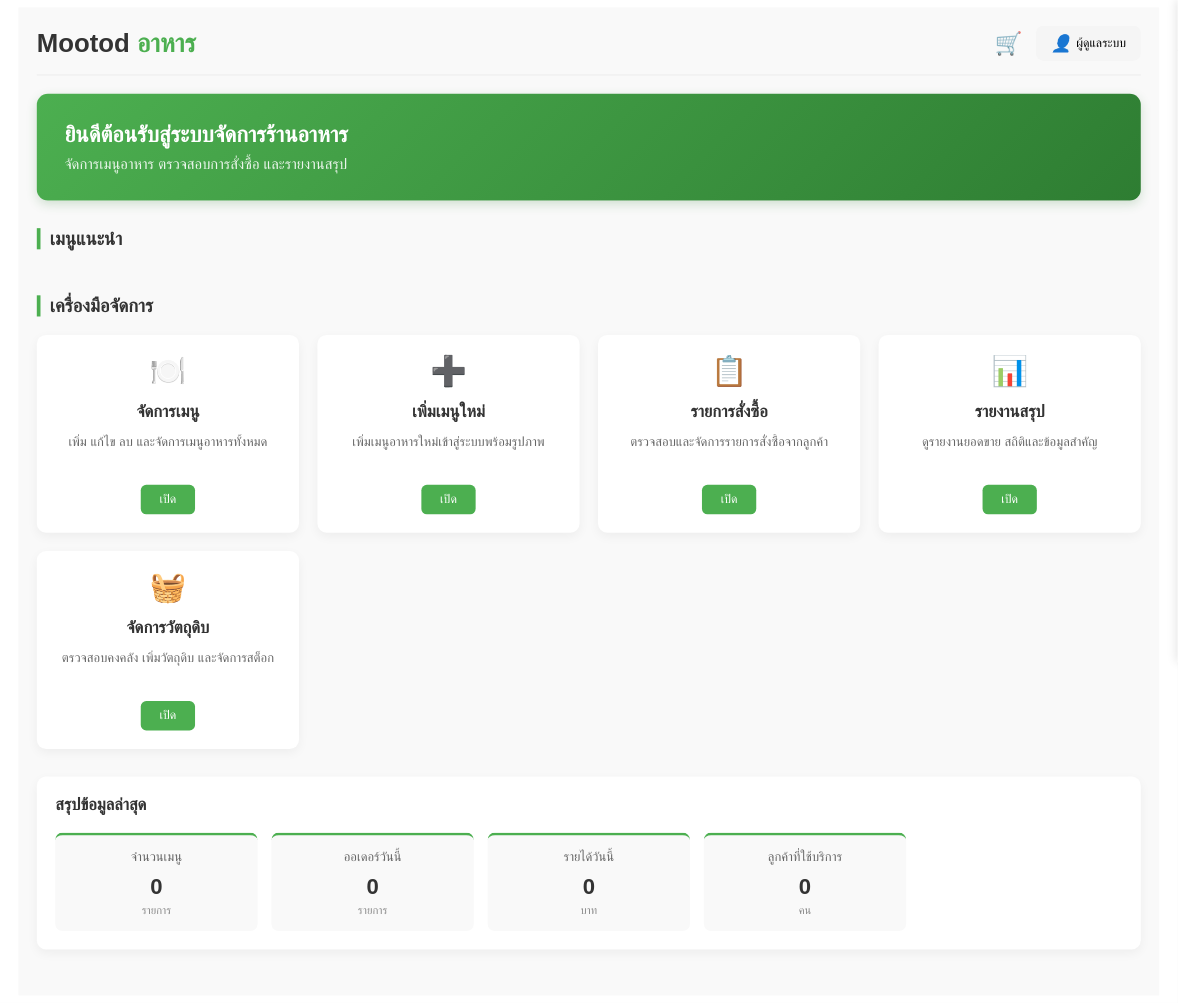
Repository: KwaunchaiJankaikot/mootod
Page: / (app in frontend/)
An editor plug-in stored every save of this project. The page is shown before and after the next save, followed by the edit.
The browser window is 1280 px wide. The pictures show the whole page, at 92% of full size.
The page's requests for data from a server got no answer. The project was rebuilt for these pictures with package versions that can differ from the ones it lists, and the page was loaded fresh each time. No one was signed in, and anything a server would have sent is missing. Also part of the build but not shown: frontend/vue.config.js, frontend/src/components/CheckoutPage.vue, frontend/src/components/AddMenu.vue, frontend/src/components/MenuList.vue, frontend/src/components/EditMenu.vue, frontend/src/components/InventoryPage.vue.

Above is the page before, as saved 2025-04-23 00:55:05.

### frontend/public/index.html
<!DOCTYPE html>
<html lang="">
  <head>
    <meta charset="utf-8">
    <meta http-equiv="X-UA-Compatible" content="IE=edge">
    <meta name="viewport" content="width=device-width,initial-scale=1.0">
    <link rel="icon" href="<%= BASE_URL %>favicon.ico">
    <title><%= htmlWebpackPlugin.options.title %></title>
    <link href="https://fonts.googleapis.com/icon?family=Material+Icons" rel="stylesheet">
    <link rel="stylesheet" href="https://fonts.googleapis.com/css2?family=Material+Symbols+Outlined:opsz,wght,FILL,GRAD@24,400,0,0" />
  </head>
  <body>
    <noscript>
      <strong>We're sorry but <%= htmlWebpackPlugin.options.title %> doesn't work properly without JavaScript enabled. Please enable it to continue.</strong>
    </noscript>
    <div id="app"></div>
    <!-- built files will be auto injected -->
  </body>
</html>

### frontend/src/main.js
import { createApp } from 'vue';
import App from './App.vue';
import router from './router';

const app = createApp(App);
app.use(router);  // ติดตั้ง Vue Router
app.mount('#app');

### frontend/src/App.vue
<template>
  <div id="app">
    <router-view></router-view>
  </div>
</template>

<script>
export default {
  name: 'App',
};
</script>

### frontend/src/router/index.js
import { createRouter, createWebHistory } from 'vue-router';
import HomePage from '../components/HomePage.vue';
import AddMenu from '../components/AddMenu.vue';
import MenuList from '../components/MenuList.vue';
import EditMenu from '../components/EditMenu.vue';
import InventoryPage from '../components/InventoryPage.vue';

const routes = [
  {
    path: '/',
    name: 'Home',
    component: HomePage
  },
  {
    path: '/add-menu',
    name: 'Menu',
    component: AddMenu
  },
  {
    path: '/menu-list',
    name: 'MenuList',
    component: MenuList
  },
  {
    path: '/edit-menu/:id',
    name: 'edit-menu',
    component: EditMenu,
    props: true,
  },

  {
    path: '/inventorypage',
    name: 'inventorypage',
    component: InventoryPage,
  },
];

const router = createRouter({
  history: createWebHistory(process.env.BASE_URL),
  routes
});

export default router;

### frontend/src/components/HomePage.vue
<template>
  <div class="home-container">
    <header class="header">
      <div class="logo">
        <img src="@/assets/logo.png" alt="Mootod Logo" v-if="false" />
        <h1>Mootod <span>อาหาร</span></h1>
      </div>
      <div class="right-menu">
        <div class="cart-icon" @click="toggleCart">
          <span>🛒</span>
          <span class="cart-badge" v-if="cartItems.length > 0">{{
            cartItems.length
          }}</span>
        </div>
        <button class="user-btn">
          <i class="user-icon">👤</i>
          <span>ผู้ดูแลระบบ</span>
        </button>
      </div>
    </header>

    <!-- ตะกร้าสินค้า -->
    <CartSidebar
      :cartItems="cartItems"
      :isCartOpen="isCartOpen"
      @close-cart="toggleCart"
      @remove-item="removeFromCart"
      @increase-quantity="increaseQuantity"
      @decrease-quantity="decreaseQuantity"
      @go-to-checkout="goToCheckout"
    />

    <!-- หน้าชำระเงิน -->
    <CheckoutPage
      v-if="isCheckoutModalOpen"
      :cartItems="cartItems"
      @close-checkout="closeCheckoutModal"
      @payment-success="handlePaymentSuccess"
    />

    <div class="welcome-banner">
      <div class="banner-content">
        <h2>ยินดีต้อนรับสู่ระบบจัดการร้านอาหาร</h2>
        <p>จัดการเมนูอาหาร ตรวจสอบการสั่งซื้อ และรายงานสรุป</p>
      </div>
    </div>

    <!-- แสดงรายการเมนู -->
    <h3 class="section-title">เมนูแนะนำ</h3>
    <div class="menu-cards">
      <div v-for="menu in menus" :key="menu.id" class="menu-card">
        <div class="card-image-container">
          <img :src="menu.image_url" alt="เมนูอาหาร" class="card-image" />
        </div>
        <div class="card-content">
          <h3>{{ menu.name }}</h3>
          <p>{{ menu.description }}</p>
          <div class="card-footer">
            <span class="price">{{ menu.price }} บาท</span>
            <button class="card-btn" @click="addToCart(menu)">สั่งอาหาร</button>
          </div>
        </div>
      </div>
    </div>

    <!-- ส่วนอื่นๆ ของหน้าจัดการ -->
    <h3 class="section-title">เครื่องมือจัดการ</h3>
    <div class="admin-cards">
      <div class="card" @click="goTo('menu')">
        <div class="card-icon">🍽️</div>
        <h3>จัดการเมนู</h3>
        <p>เพิ่ม แก้ไข ลบ และจัดการเมนูอาหารทั้งหมด</p>
        <button class="card-btn">เปิด</button>
      </div>

      <div class="card" @click="goTo('add-menu')">
        <div class="card-icon">➕</div>
        <h3>เพิ่มเมนูใหม่</h3>
        <p>เพิ่มเมนูอาหารใหม่เข้าสู่ระบบพร้อมรูปภาพ</p>
        <button class="card-btn">เปิด</button>
      </div>

      <div class="card" @click="goTo('orders')">
        <div class="card-icon">📋</div>
        <h3>รายการสั่งซื้อ</h3>
        <p>ตรวจสอบและจัดการรายการสั่งซื้อจากลูกค้า</p>
        <button class="card-btn">เปิด</button>
      </div>

      <div class="card" @click="goTo('reports')">
        <div class="card-icon">📊</div>
        <h3>รายงานสรุป</h3>
        <p>ดูรายงานยอดขาย สถิติและข้อมูลสำคัญ</p>
        <button class="card-btn">เปิด</button>
      </div>

      <div class="card" @click="goTo('inventorypage')">
        <div class="card-icon">🧺</div>
        <h3>จัดการวัตถุดิบ</h3>
        <p>ตรวจสอบคงคลัง เพิ่มวัตถุดิบ และจัดการสต็อก</p>
        <button class="card-btn">เปิด</button>
      </div>
    </div>

    <div class="quick-stats">
      <h3>สรุปข้อมูลล่าสุด</h3>
      <div class="stats-grid">
        <div class="stat-card">
          <h4>จำนวนเมนู</h4>
          <div class="stat-value">{{ totalMenus || menus.length }}</div>
          <div class="stat-label">รายการ</div>
        </div>

        <div class="stat-card">
          <h4>ออเดอร์วันนี้</h4>
          <div class="stat-value">0</div>
          <div class="stat-label">รายการ</div>
        </div>

        <div class="stat-card">
          <h4>รายได้วันนี้</h4>
          <div class="stat-value">0</div>
          <div class="stat-label">บาท</div>
        </div>

        <div class="stat-card">
          <h4>ลูกค้าที่ใช้บริการ</h4>
          <div class="stat-value">0</div>
          <div class="stat-label">คน</div>
        </div>
      </div>
    </div>
  </div>
</template>

<script>
import axios from "axios";
import CartSidebar from "@/components/CartSidebar.vue";
import CheckoutPage from "@/components/CheckoutPage.vue";

export default {
  name: "HomePage",
  components: {
    CartSidebar,
    CheckoutPage
  },
  data() {
    return {
      menus: [],
      totalMenus: 0,
      cartItems: [],
      isCartOpen: false,
      isCheckoutModalOpen: false,
    };
  },
  mounted() {
    this.fetchMenus();
    // โหลดข้อมูลตะกร้าจาก localStorage (ถ้ามี)
    const savedCart = localStorage.getItem("cart");
    if (savedCart) {
      this.cartItems = JSON.parse(savedCart);
    }
  },
  methods: {
    goTo(route) {
      switch (route) {
        case "menu":
          this.$router.push("/menu-list");
          break;
        case "add-menu":
          this.$router.push("/add-menu");
          break;
        case "orders":
          this.$router.push("/orders");
          break;
        case "reports":
          this.$router.push("/reports");
          break;
         case "inventorypage":
          this.$router.push("/inventorypage");
          break;
        default:
          this.$router.push("/");
      }
    },
    fetchMenus() {
      axios
        .get("http://localhost:5000/menus") // เปลี่ยนเป็น URL ของ API ที่คุณใช้
        .then((response) => {
          this.menus = response.data; // บันทึกข้อมูลเมนูใน state
          this.totalMenus = this.menus.length;
        })
        .catch((error) => {
          console.error("เกิดข้อผิดพลาดในการดึงข้อมูลเมนู:", error);
          this.totalMenus = this.menus.length;
        });
    },
    // ฟังก์ชันเกี่ยวกับตะกร้าสินค้า
    addToCart(menu) {
      // ตรวจสอบว่ามีรายการนี้ในตะกร้าหรือไม่
      const existingItem = this.cartItems.find((item) => item.id === menu.id);

      if (existingItem) {
        // ถ้ามีอยู่แล้ว เพิ่มจำนวน
        existingItem.quantity += 1;
      } else {
        // ถ้ายังไม่มี เพิ่มรายการใหม่พร้อมจำนวน = 1
        this.cartItems.push({
          ...menu,
          quantity: 1,
        });
      }

      // บันทึกลง localStorage
      this.saveCart();

      // เปิดตะกร้าสินค้า
      this.isCartOpen = true;
    },
    toggleCart() {
      this.isCartOpen = !this.isCartOpen;
    },
    removeFromCart(index) {
      this.cartItems.splice(index, 1);
      this.saveCart();
    },
    increaseQuantity(index) {
      this.cartItems[index].quantity += 1;
      this.saveCart();
    },
    decreaseQuantity(index) {
      if (this.cartItems[index].quantity > 1) {
        this.cartItems[index].quantity -= 1;
      } else {
        // ถ้าเหลือแค่ 1 ชิ้น แล้วกดลด ให้ลบรายการออกจากตะกร้า
        this.removeFromCart(index);
      }
      this.saveCart();
    },
    saveCart() {
      localStorage.setItem("cart", JSON.stringify(this.cartItems));
    },
    // ฟังก์ชันเกี่ยวกับการชำระเงิน
    goToCheckout() {
      this.isCheckoutModalOpen = true;
      this.isCartOpen = false; // ปิดตะกร้าเมื่อไปที่หน้าชำระเงิน
    },
    closeCheckoutModal() {
      this.isCheckoutModalOpen = false;
    },
    handlePaymentSuccess() {
      // ล้างตะกร้า
      this.cartItems = [];
      this.saveCart();
      // ปิดหน้าชำระเงิน (จะถูกจัดการโดย CheckoutPage component แล้ว)
    },
  },
};
</script>

<style scoped>
.home-container {
  max-width: 1200px;
  margin: 0 auto;
  padding: 20px;
  font-family: "Prompt", "Kanit", sans-serif;
  background-color: #f9f9f9;
  position: relative;
}

/* Header */
.header {
  display: flex;
  justify-content: space-between;
  align-items: center;
  margin-bottom: 20px;
  padding-bottom: 15px;
  border-bottom: 1px solid #eaeaea;
}

.logo {
  display: flex;
  align-items: center;
}

.logo h1 {
  font-size: 28px;
  font-weight: 700;
  color: #333;
  margin: 0;
}

.logo span {
  color: #4caf50;
}

.logo img {
  height: 40px;
  margin-right: 10px;
}

.right-menu {
  display: flex;
  align-items: center;
  gap: 15px;
}

.cart-icon {
  position: relative;
  cursor: pointer;
  font-size: 24px;
}

.cart-badge {
  position: absolute;
  top: -8px;
  right: -8px;
  background-color: #f44336;
  color: white;
  border-radius: 50%;
  width: 18px;
  height: 18px;
  font-size: 12px;
  display: flex;
  align-items: center;
  justify-content: center;
}

.user-btn {
  display: flex;
  align-items: center;
  background: #f5f5f5;
  border: none;
  border-radius: 8px;
  padding: 8px 16px;
  cursor: pointer;
  transition: background-color 0.2s;
}

.user-btn:hover {
  background: #eaeaea;
}

.user-icon {
  margin-right: 5px;
  font-size: 18px;
}

/* Welcome Banner */
.welcome-banner {
  background: linear-gradient(135deg, #4caf50 0%, #2e7d32 100%);
  border-radius: 12px;
  padding: 30px;
  margin-bottom: 30px;
  color: white;
  box-shadow: 0 4px 12px rgba(46, 125, 50, 0.2);
}

.banner-content h2 {
  font-size: 24px;
  margin: 0 0 10px 0;
  font-weight: 600;
}

.banner-content p {
  font-size: 16px;
  margin: 0;
  opacity: 0.9;
}

/* Section Titles */
.section-title {
  font-size: 20px;
  font-weight: 600;
  color: #333;
  margin-top: 30px;
  margin-bottom: 20px;
  border-left: 4px solid #4caf50;
  padding-left: 10px;
}

/* Menu Cards - แสดงเมนูอาหาร */
.menu-cards {
  display: grid;
  grid-template-columns: repeat(auto-fill, minmax(280px, 1fr));
  gap: 20px;
  margin-bottom: 30px;
}

.menu-card {
  background: white;
  border-radius: 10px;
  overflow: hidden;
  box-shadow: 0 4px 12px rgba(0, 0, 0, 0.05);
  transition: transform 0.3s ease, box-shadow 0.3s ease;
  cursor: pointer;
}

.menu-card:hover {
  transform: translateY(-5px);
  box-shadow: 0 8px 20px rgba(0, 0, 0, 0.1);
}

.card-image-container {
  width: 100%;
  height: 180px;
  overflow: hidden;
}

.card-image {
  width: 100%;
  height: 100%;
  object-fit: cover;
  transition: transform 0.3s ease;
}

.menu-card:hover .card-image {
  transform: scale(1.05);
}

.card-content {
  padding: 15px;
}

.card-content h3 {
  font-size: 18px;
  margin: 0 0 8px 0;
  color: #333;
}

.card-content p {
  font-size: 14px;
  color: #666;
  margin: 0 0 15px 0;
  height: 40px;
  overflow: hidden;
  display: -webkit-box;
  -webkit-line-clamp: 2;
  -webkit-box-orient: vertical;
}

.card-footer {
  display: flex;
  justify-content: space-between;
  align-items: center;
}

.price {
  font-weight: 600;
  color: #4caf50;
}

/* Admin Cards - การ์ดจัดการระบบ */
.admin-cards {
  display: grid;
  grid-template-columns: repeat(auto-fill, minmax(250px, 1fr));
  gap: 20px;
  margin-bottom: 30px;
}

.card {
  background: white;
  border-radius: 10px;
  padding: 20px;
  box-shadow: 0 4px 12px rgba(0, 0, 0, 0.05);
  text-align: center;
  transition: transform 0.3s ease, box-shadow 0.3s ease;
  cursor: pointer;
}

.card:hover {
  transform: translateY(-5px);
  box-shadow: 0 8px 20px rgba(0, 0, 0, 0.1);
}

.card-icon {
  font-size: 32px;
  margin-bottom: 15px;
}

.card h3 {
  font-size: 18px;
  margin: 0 0 10px 0;
  color: #333;
}

.card p {
  color: #666;
  font-size: 14px;
  margin-bottom: 15px;
  height: 40px;
  overflow: hidden;
  display: -webkit-box;
  -webkit-line-clamp: 2;
  -webkit-box-orient: vertical;
}

.card-btn {
  background-color: #4caf50;
  color: white;
  border: none;
  padding: 8px 20px;
  border-radius: 6px;
  cursor: pointer;
  font-weight: 500;
  transition: background-color 0.2s;
}

.card-btn:hover {
  background-color: #45a049;
}

/* Quick Stats */
.quick-stats {
  background: white;
  border-radius: 10px;
  padding: 20px;
  box-shadow: 0 4px 12px rgba(0, 0, 0, 0.05);
  margin-bottom: 30px;
}

.quick-stats h3 {
  margin-top: 0;
  margin-bottom: 20px;
  color: #333;
  font-size: 18px;
  font-weight: 600;
}

.stats-grid {
  display: grid;
  grid-template-columns: repeat(auto-fill, minmax(200px, 1fr));
  gap: 15px;
}

.stat-card {
  background: #f9f9f9;
  padding: 15px;
  border-radius: 8px;
  text-align: center;
  border-top: 3px solid #4caf50;
}

.stat-card h4 {
  font-size: 14px;
  font-weight: 500;
  color: #666;
  margin: 0 0 10px 0;
}

.stat-value {
  font-size: 24px;
  font-weight: 600;
  color: #333;
  margin-bottom: 5px;
}

.stat-label {
  font-size: 12px;
  color: #888;
}

/* Responsive */
@media (max-width: 768px) {
  .menu-cards,
  .admin-cards {
    grid-template-columns: repeat(auto-fill, minmax(220px, 1fr));
  }

  .welcome-banner {
    padding: 25px;
  }

  .banner-content h2 {
    font-size: 22px;
  }
}

@media (max-width: 480px) {
  .home-container {
    padding: 15px;
  }

  .header {
    flex-direction: column;
    align-items: flex-start;
  }

  .right-menu {
    margin-top: 15px;
    width: 100%;
    justify-content: space-between;
  }

  .menu-cards,
  .admin-cards {
    grid-template-columns: 1fr;
  }

  .welcome-banner {
    padding: 20px;
  }

  .stats-grid {
    grid-template-columns: 1fr 1fr;
  }

  .card-image-container {
    height: 160px;
  }
}
</style>

### frontend/src/components/CartSidebar.vue
<template>
  <div class="cart-sidebar" :class="{ 'cart-active': isCartOpen }">
    <div class="cart-header">
      <h3>ตะกร้าสินค้า</h3>
      <button class="close-btn" @click="closeCart">✕</button>
    </div>

    <div v-if="cartItems.length === 0" class="empty-cart">
      <span>🛒</span>
      <p>ไม่มีรายการในตะกร้า</p>
    </div>

    <div v-else class="cart-items">
      <div v-for="(item, index) in cartItems" :key="index" class="cart-item">
        <div class="cart-item-img">
          <img :src="item.image_url" alt="เมนูอาหาร" />
        </div>
        <div class="cart-item-info">
          <h4>{{ item.name }}</h4>
          <div class="item-price">{{ item.price }} บาท</div>
        </div>
        <div class="cart-item-actions">
          <button class="qty-btn" @click="decreaseQuantity(index)">-</button>
          <span class="item-qty">{{ item.quantity }}</span>
          <button class="qty-btn" @click="increaseQuantity(index)">+</button>
          <button class="remove-btn" @click="removeFromCart(index)">
            ลบ
          </button>
        </div>
      </div>
    </div>

    <div class="cart-summary" v-if="cartItems.length > 0">
      <div class="summary-row">
        <span>ยอดรวม:</span>
        <span class="summary-price">{{ calculateTotal() }} บาท</span>
      </div>
      <button class="checkout-btn" @click="goToCheckout">ไปชำระเงิน</button>
    </div>
  </div>
</template>

<script>
export default {
  name: "CartSidebar",
  props: {
    cartItems: {
      type: Array,
      required: true
    },
    isCartOpen: {
      type: Boolean,
      default: false
    }
  },
  methods: {
    closeCart() {
      this.$emit('close-cart');
    },
    removeFromCart(index) {
      this.$emit('remove-item', index);
    },
    increaseQuantity(index) {
      this.$emit('increase-quantity', index);
    },
    decreaseQuantity(index) {
      this.$emit('decrease-quantity', index);
    },
    calculateTotal() {
      return this.cartItems.reduce((total, item) => {
        return total + (item.price * item.quantity);
      }, 0);
    },
    goToCheckout() {
      this.$emit('go-to-checkout');
    }
  }
};
</script>

<style scoped>
/* Cart Sidebar */
.cart-sidebar {
  position: fixed;
  top: 0;
  right: -350px;
  width: 350px;
  height: 100vh;
  background-color: white;
  box-shadow: -2px 0 10px rgba(0, 0, 0, 0.1);
  z-index: 1000;
  transition: right 0.3s ease;
  display: flex;
  flex-direction: column;
}

.cart-active {
  right: 0;
}

.cart-header {
  display: flex;
  justify-content: space-between;
  align-items: center;
  padding: 15px 20px;
  border-bottom: 1px solid #eaeaea;
}

.cart-header h3 {
  margin: 0;
  font-size: 18px;
}

.close-btn {
  background: none;
  border: none;
  font-size: 18px;
  cursor: pointer;
  color: #777;
}

.empty-cart {
  display: flex;
  flex-direction: column;
  align-items: center;
  justify-content: center;
  padding: 50px 20px;
  color: #777;
}

.empty-cart span {
  font-size: 48px;
  margin-bottom: 15px;
  opacity: 0.5;
}

.cart-items {
  flex: 1;
  overflow-y: auto;
  padding: 15px;
}

.cart-item {
  display: flex;
  padding: 10px 0;
  border-bottom: 1px solid #eaeaea;
  margin-bottom: 10px;
}

.cart-item-img {
  width: 60px;
  height: 60px;
  overflow: hidden;
  border-radius: 6px;
  margin-right: 10px;
}

.cart-item-img img {
  width: 100%;
  height: 100%;
  object-fit: cover;
}

.cart-item-info {
  flex: 1;
}

.cart-item-info h4 {
  margin: 0 0 5px 0;
  font-size: 16px;
}

.item-price {
  color: #4caf50;
  font-weight: 500;
}

.cart-item-actions {
  display: flex;
  align-items: center;
  gap: 5px;
}

.qty-btn {
  width: 24px;
  height: 24px;
  border: 1px solid #ddd;
  background: white;
  border-radius: 4px;
  display: flex;
  align-items: center;
  justify-content: center;
  cursor: pointer;
}

.item-qty {
  width: 20px;
  text-align: center;
}

.remove-btn {
  background: #f44336;
  color: white;
  border: none;
  border-radius: 4px;
  padding: 3px 8px;
  font-size: 12px;
  cursor: pointer;
  margin-left: 5px;
}

.cart-summary {
  padding: 15px;
  border-top: 1px solid #eaeaea;
  background-color: #f9f9f9;
}

.summary-row {
  display: flex;
  justify-content: space-between;
  margin-bottom: 15px;
  font-weight: 500;
}

.summary-price {
  color: #4caf50;
  font-size: 18px;
  font-weight: 600;
}

.checkout-btn {
  width: 100%;
  padding: 12px;
  background-color: #4caf50;
  color: white;
  border: none;
  border-radius: 6px;
  font-weight: 500;
  cursor: pointer;
  transition: background-color 0.2s;
}

.checkout-btn:hover {
  background-color: #45a049;
}

@media (max-width: 768px) {
  .cart-sidebar {
    width: 300px;
  }
}

@media (max-width: 480px) {
  .cart-sidebar {
    width: 85%;
  }
}
</style>

After the next save:
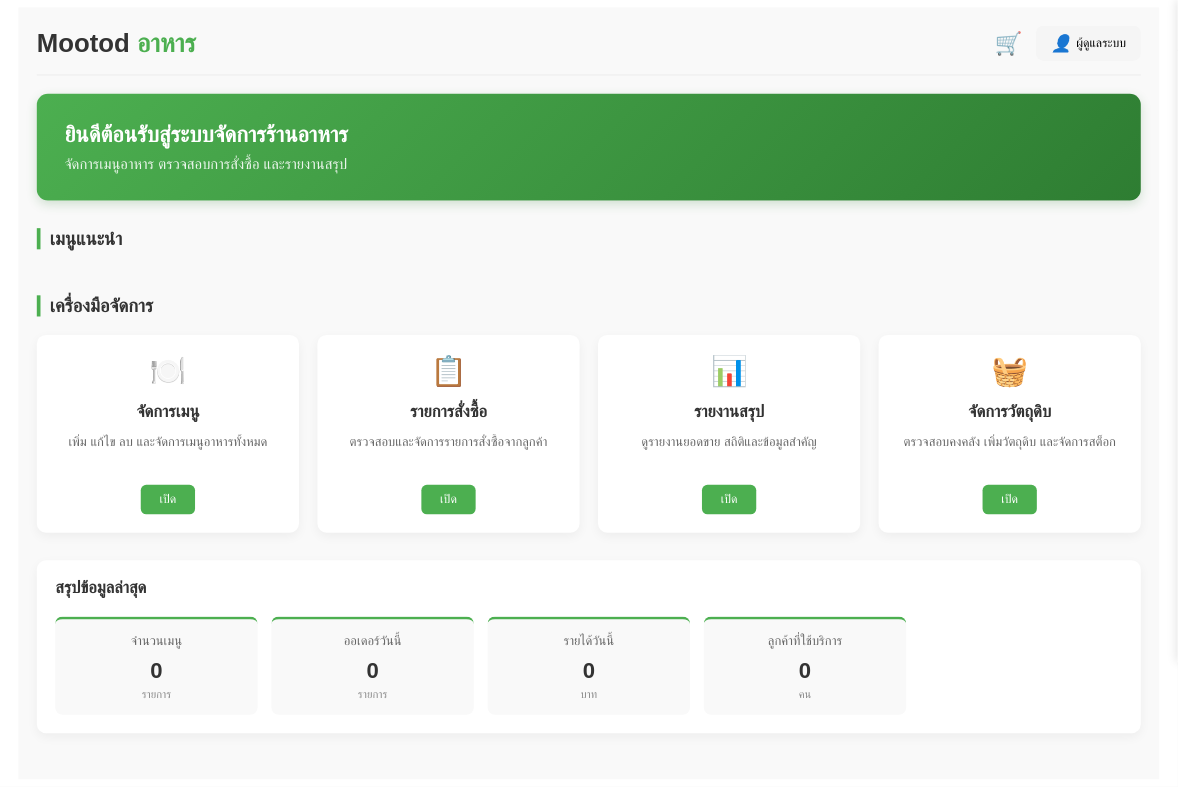
Saved 11 s later.
--- a/frontend/src/components/HomePage.vue
+++ b/frontend/src/components/HomePage.vue
@@ -73,12 +73,12 @@
         <button class="card-btn">เปิด</button>
       </div>
 
-      <div class="card" @click="goTo('add-menu')">
+      <!-- <div class="card" @click="goTo('add-menu')">
         <div class="card-icon">➕</div>
         <h3>เพิ่มเมนูใหม่</h3>
         <p>เพิ่มเมนูอาหารใหม่เข้าสู่ระบบพร้อมรูปภาพ</p>
         <button class="card-btn">เปิด</button>
-      </div>
+      </div> -->
 
       <div class="card" @click="goTo('orders')">
         <div class="card-icon">📋</div>
